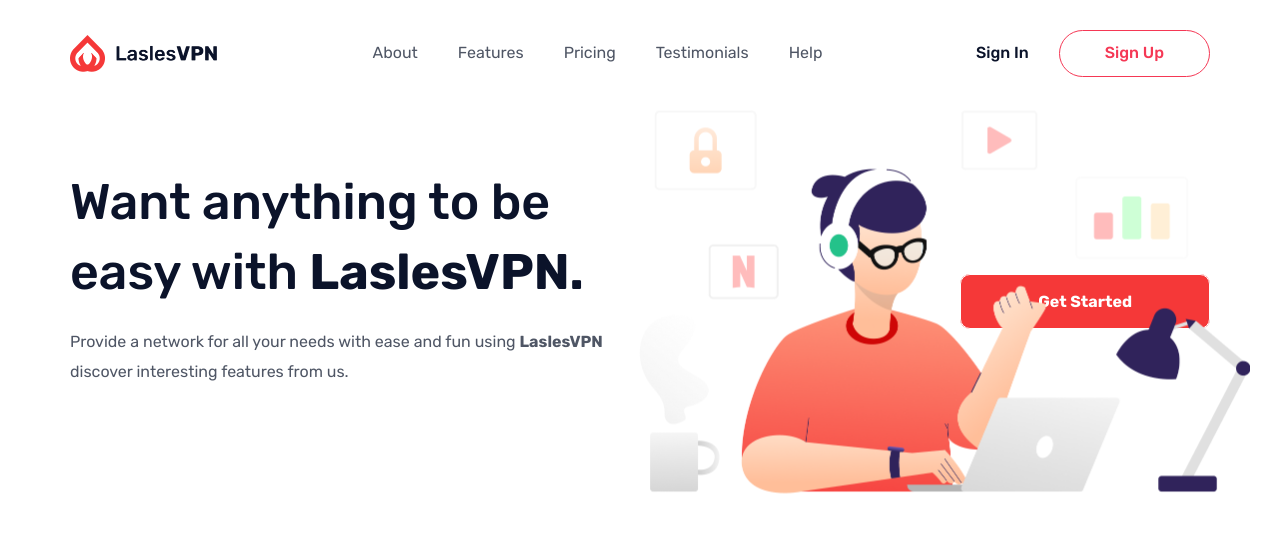
Repository: thefellowshiplotr/lasles_recode
Page: index.html
The author's editor kept a copy of each file at every save. The page is drawn from the files as they stood at one save, then again after the next save.
The browser window is 1280 px wide. The pictures show the whole page.
The style sheet was rebuilt from its Sass, Less or Tailwind sources for each picture, by a compiler version that may differ from the author's.

Above is the page before, as saved 2022-10-28 13:59:37.

After the next save:
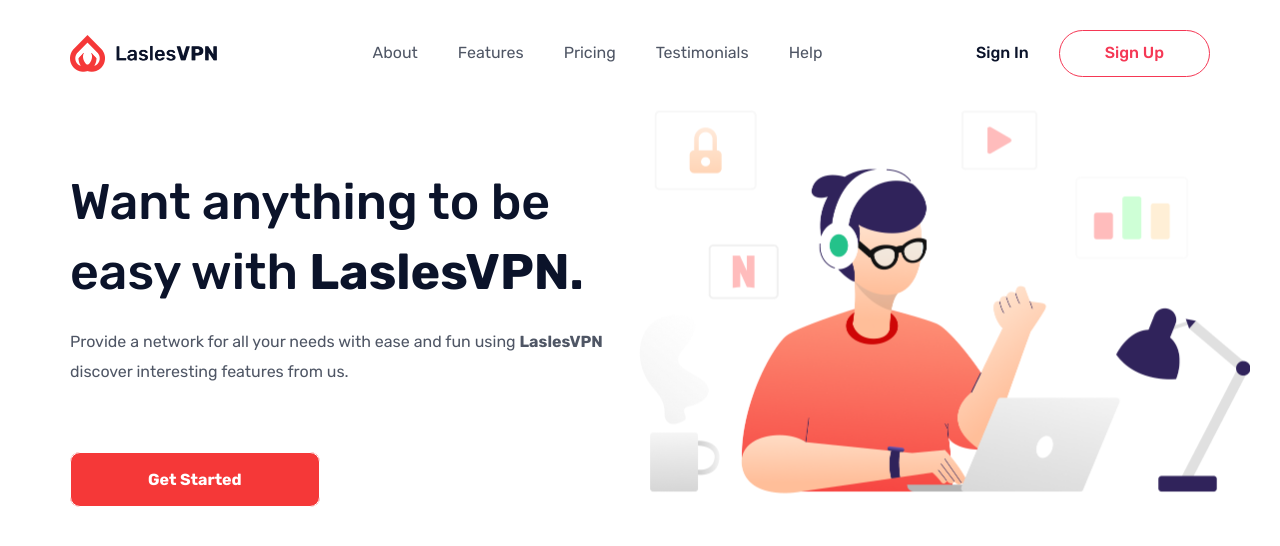
Saved 3 min 40 s later.
--- a/sass/_hero.scss
+++ b/sass/_hero.scss
@@ -43,5 +43,8 @@
     font-weight: 700;
     font-size: 16px;
     line-height: calc(25 / 16);
+    position: absolute;
+    left: 0;
+    bottom: -55px;
   }
 }
